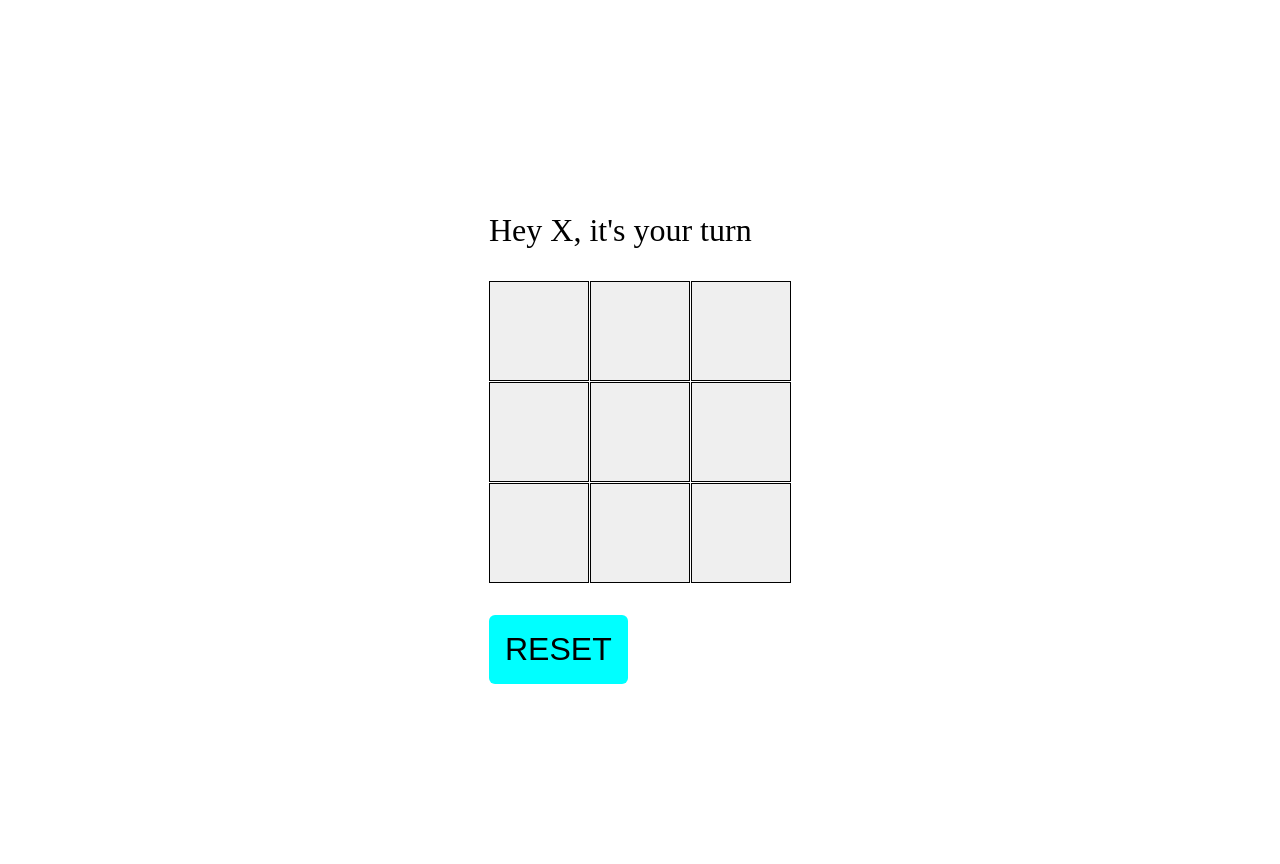
Repository: Ellisvelandia/tic-tac-toe
Page: /
These files come from the project's save history. The page is drawn as it stood at one moment and after a run of saves; the edit follows.
The browser window is 1280 px wide. The pictures show the whole page.
The project was rebuilt for these pictures with package versions that can differ from the ones it lists, and the page was loaded fresh each time. The framework's server and built-in components were replaced by stand-ins that run in the browser. Also part of the build but not shown: next.config.js.

Above is the page before, as saved 2022-09-06 20:54:30.

After the next 2 saves:
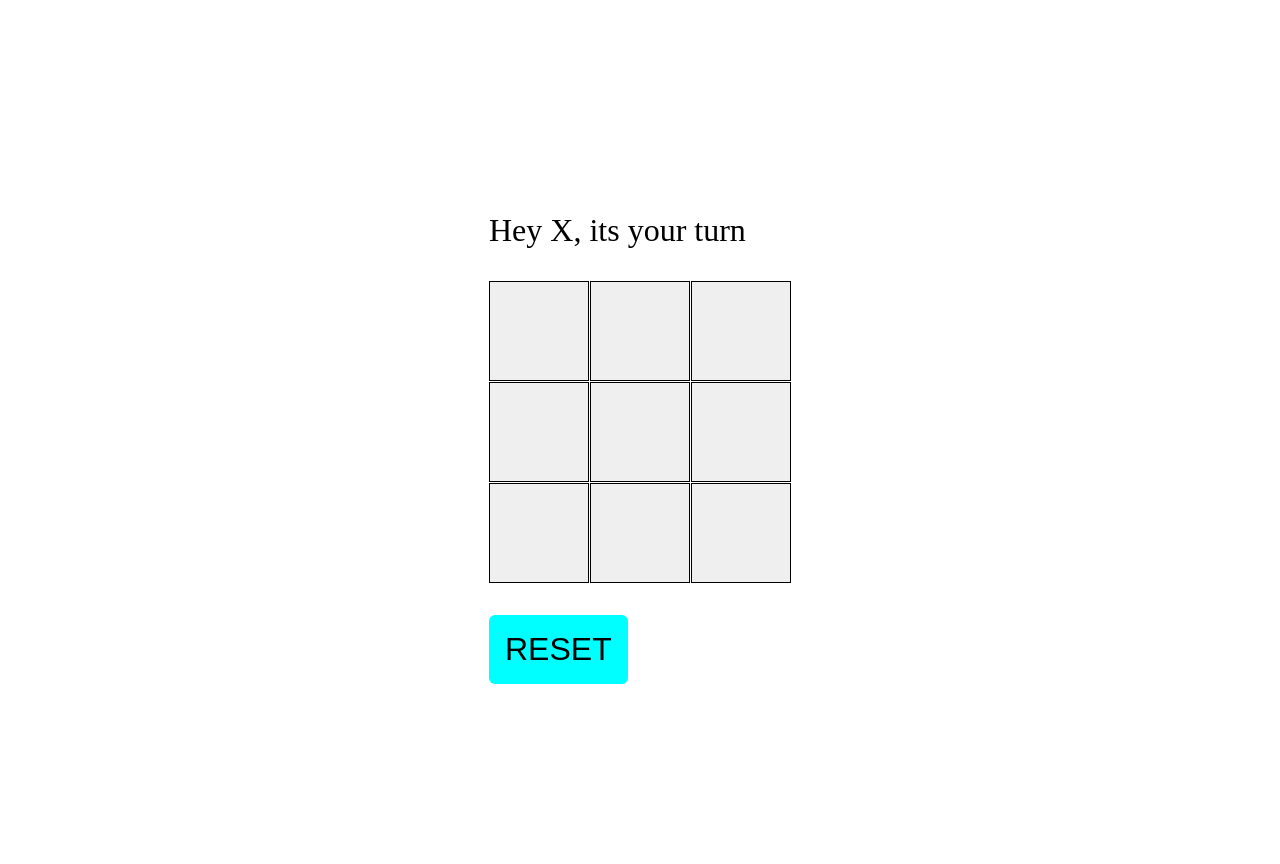
The 2 saves are shown as one change because they came seconds apart.
The last was saved 11 s later.
--- a/containers/Board.tsx
+++ b/containers/Board.tsx
@@ -59,10 +59,10 @@ function Board() {
 
   return (
     <div>
-      {!winner && <p>Hey {currentPlayer}, it's your turn</p>}
+      {!winner && <p>Hey {currentPlayer}, its your turn</p>}
       {winner && winner !== "BOTH" && <p>Congratulations {winner}</p>}
       {winner && winner === "BOTH" && (
-        <p>Congratulations you're both winners</p>
+        <p>Congratulations youare both winners</p>
       )}
 
       <div className="grid">
